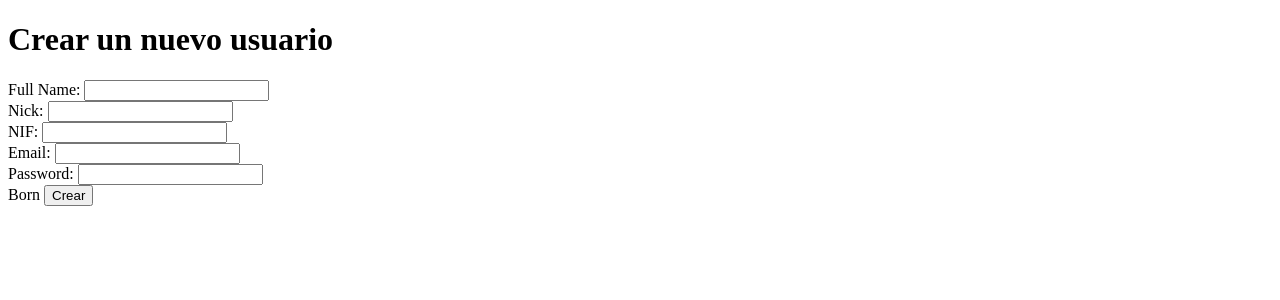
Repository: VinnySil/membresia
Page: http://localhost/users/create
An editor plug-in stored every save of this project. The page is shown before and after a run of saves, followed by the edit.
The browser window is 1280 px wide. The pictures show the whole page.
The page is served by the project's Laravel application, run on PHP 8.4 with Laravel 12. Other server files are loaded and not shown.

Above is the page before, as saved 2024-12-06 19:37:40.

### routes/web.php
<?php

use App\Http\Controllers\UserController;
use Illuminate\Support\Facades\Route;

Route::get('/', function () {
    return view('welcome');
});

//Endpoint para el crud de usuarios
Route::resource('users', UserController::class);

### app/Http/Controllers/UserController.php
<?php

namespace App\Http\Controllers;

use App\Models\User;
use Illuminate\Http\Request;

class UserController extends Controller
{
    /**
     * Display a listing of the resource.
     */
    public function index()
    {
        $users = User::all();
        return view('users.index', compact('users'));
    }

    /**
     * Show the form for creating a new resource.
     */
    public function create()
    {
        return view('users.create');
    }

    /**
     * Store a newly created resource in storage.
     */
    public function store(Request $request)
    {
        //validar los datos que llegan desde el fronted
        $validated = $request->validate([
            'fullname' => 'required|max:100',
            'nick' => 'required|unique:users|max:50',
            'nif' => 'required|unique|min:10|max:10',
            'email' => 'required|unique|max:255',
            'password' => 'required|max:255'
        ]);
    }

    /**
     * Display the specified resource.
     */
    public function show(User $user)
    {
        //
    }

    /**
     * Show the form for editing the specified resource.
     */
    public function edit(User $user)
    {
        //
    }

    /**
     * Update the specified resource in storage.
     */
    public function update(Request $request, User $user)
    {
        //
    }

    /**
     * Remove the specified resource from storage.
     */
    public function destroy(User $user)
    {
        //
    }
}

### resources/views/users/create.blade.php
<!DOCTYPE html>
<html lang="en">
<head>
    <meta charset="UTF-8">
    <meta name="viewport" content="width=device-width, initial-scale=1.0">
    <meta http-equiv="X-UA-Compatible" content="ie=edge">
    <title>Crear nuevo usuario</title>
</head>
<body>
    <h1>Crear un nuevo usuario</h1>

    <form action="{{ route('users.store') }}">
        <label for="fullname">Full Name:</label>
        <input type="text" name="fullname" value="{{ old('fullname') }}"><br>
        <label for="nick">Nick:</label>
        <input type="text" name="nick" value="{{ old('nick') }}"><br>
        <label for="nif">NIF:</label>
        <input type="text" name="nif" value="{{ old('nif') }}"><br>
        <label for="email">Email:</label>
        <input type="email" name="email" value="{{ old('email') }}"><br>
        <label for="password">Password:</label>
        <input type="password" name="password" value="{{ old('password') }}"><br>
        <label for="bornDate">Born</label>

        <button type="submit">Crear</button>
    </form>
</body>
</html>

Loaded but not shown: app/Http/Controllers/Controller.php (common file)

After the next 8 saves:
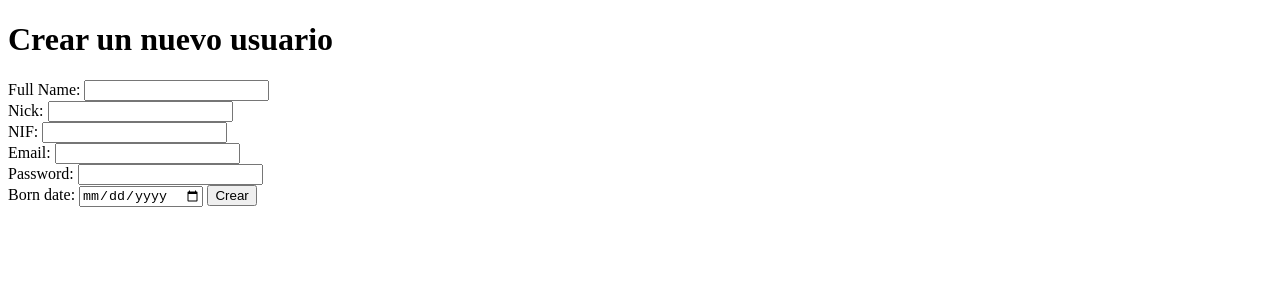
The 8 saves are shown as one change because they came seconds apart.
The last was saved 22 s later.
--- a/resources/views/users/create.blade.php
+++ b/resources/views/users/create.blade.php
@@ -20,7 +20,8 @@
         <input type="email" name="email" value="{{ old('email') }}"><br>
         <label for="password">Password:</label>
         <input type="password" name="password" value="{{ old('password') }}"><br>
-        <label for="bornDate">Born</label>
+        <label for="bornDate">Born date:</label>
+        <input type="date" name="born">
 
         <button type="submit">Crear</button>
     </form>
